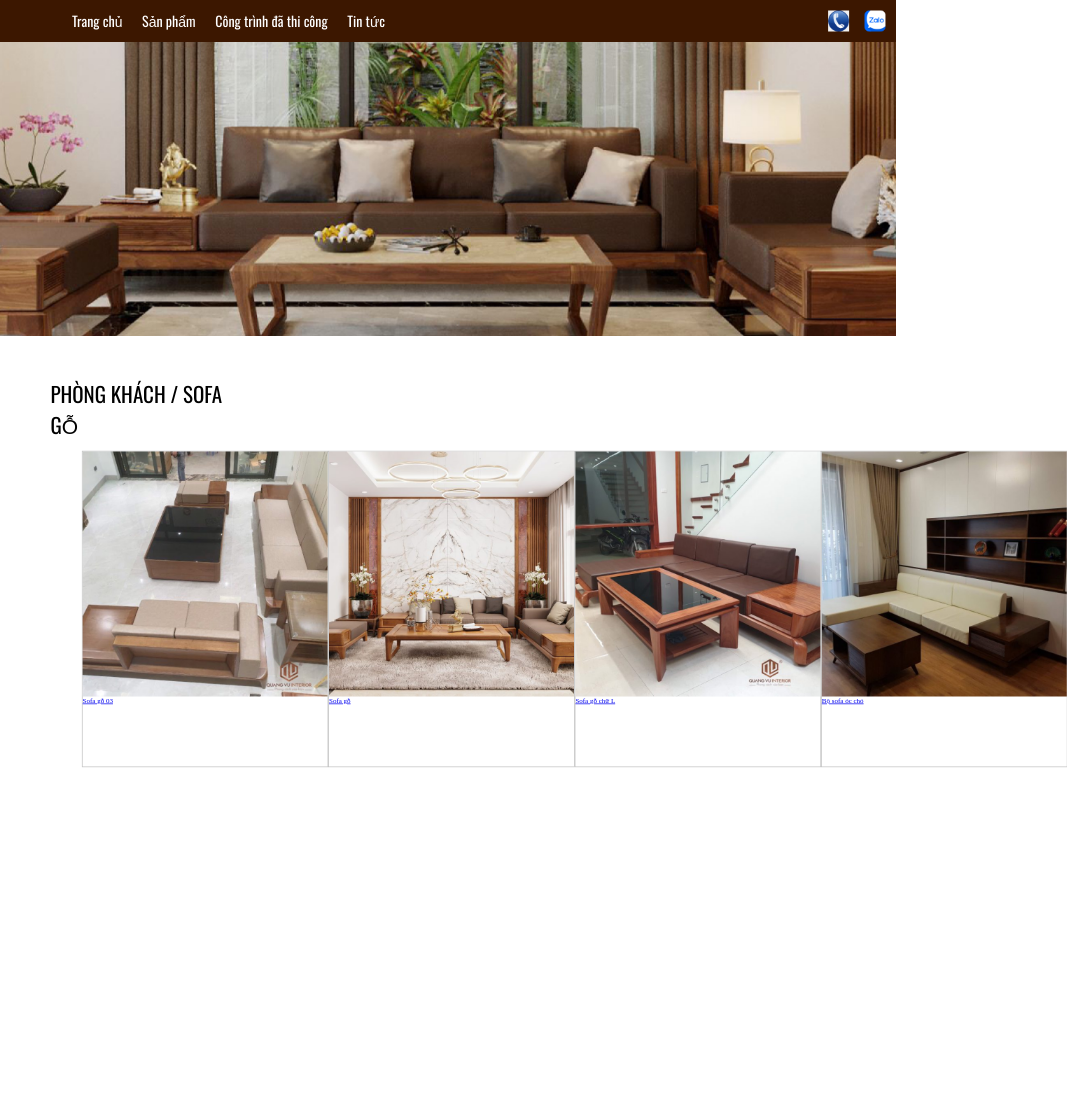
Repository: KHANHD192/FigmaTo-HTML
Page: APP-SHOP/index.html
The author's editor kept a copy of each file at every save. The page is drawn from the files as they stood at one save, then again after the next save.
The browser window is 1280 px wide. The page is 1525 px wide, then 1280 px, so the pictures cover 1525 px, including what lies to the right of the window. The pictures show the part of the page from y = 0 to 1600 px (the page is 4376 px tall), at 70% of full size.

Above is the page before, as saved 2022-11-21 13:21:01.

After the next save:
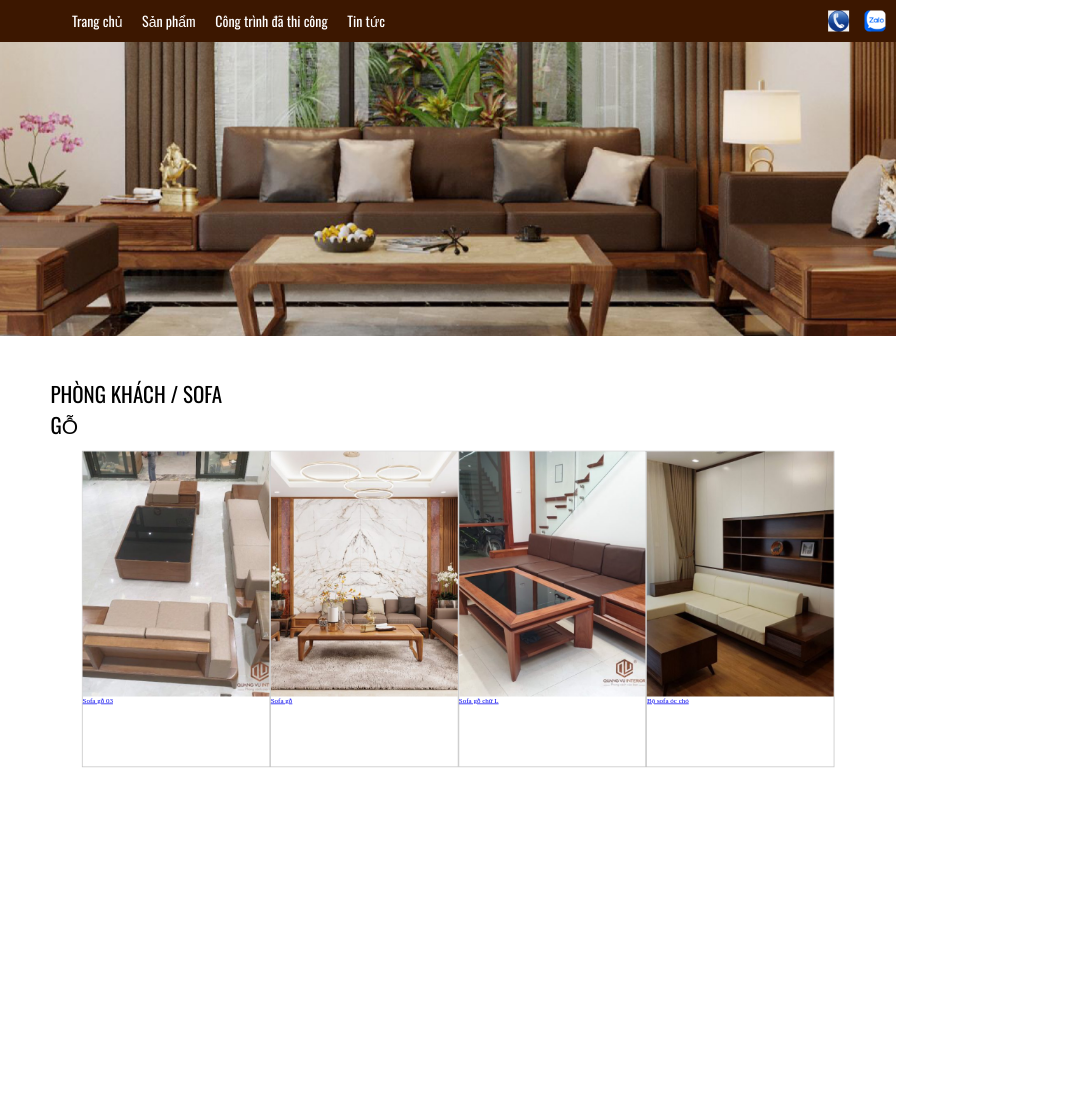
Saved 69 s later.
--- a/APP-SHOP/asset/Css_main/main.css
+++ b/APP-SHOP/asset/Css_main/main.css
@@ -32,12 +32,12 @@
     margin-right: 88px;
 }
 .list__item li {
-    width: 350px;
+   max-width: 350px;
     height: 450px;
     border: 1px solid silver;
 }
 li .wrap__image{
-    width: 350px;
+   max-width: 350px;
     height: 350px;
 }
 li .wrap__image img{
